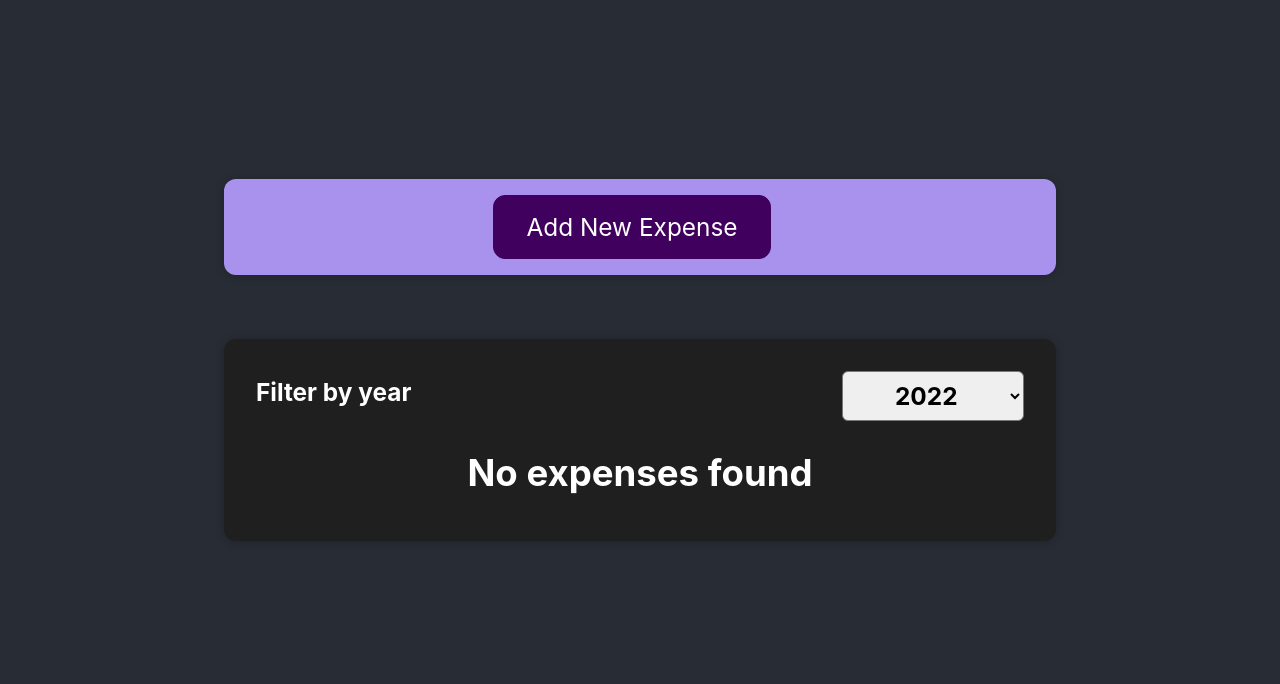
Repository: pakiam/react-demo-1
Page: /
These files come from the project's save history. The page is drawn as it stood at one moment and after a run of saves; the edit follows.
The browser window is 1280 px wide. The pictures show the whole page.
The project was rebuilt for these pictures with package versions that can differ from the ones it lists, and the page was loaded fresh each time. Also part of the build but not shown: src/components/Expenses/ExpenseDate.css, src/components/Expenses/ExpenseDate.js, src/components/Expenses/ExpenseItem.css, src/components/Expenses/ExpenseItem.js, src/components/NewExpense/NewExpenseForm.css, src/components/NewExpense/NewExpenseForm.js.

Above is the page before, as saved 2022-03-08 16:05:58.

After the next 3 saves:
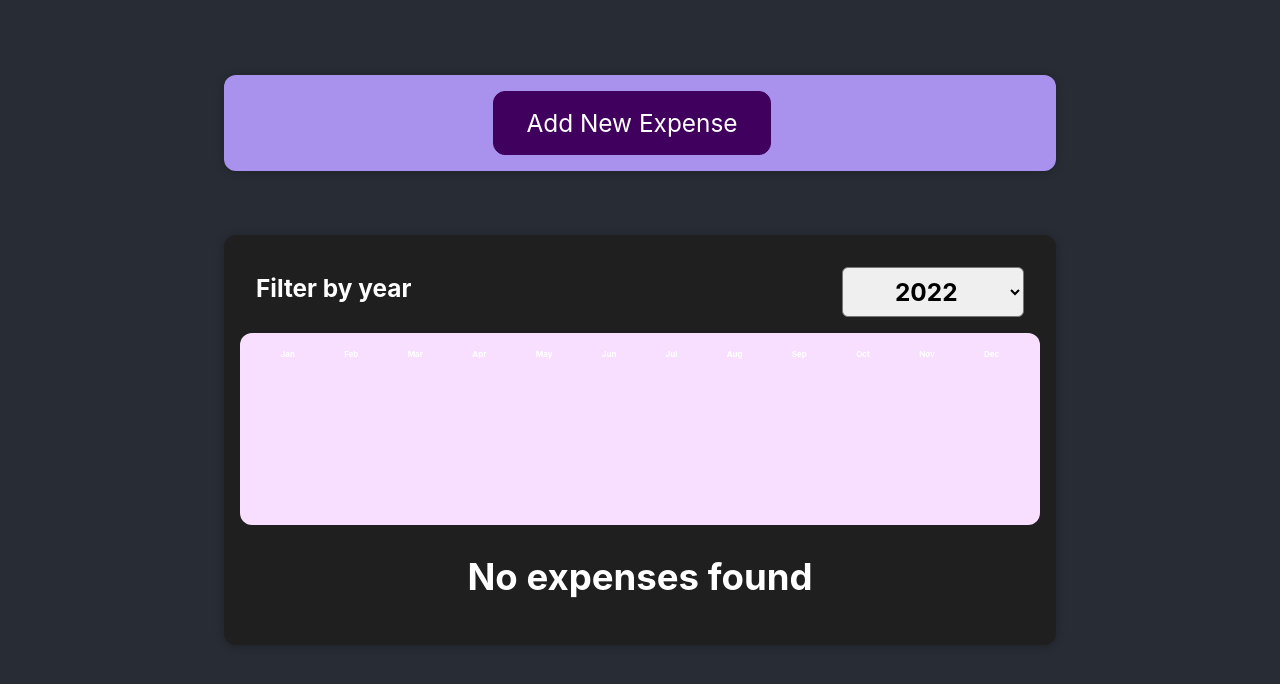
The 3 saves are shown as one change because 2 did not build or start.
The last was saved 92 s later.
--- a/src/components/Expenses/Expenses.js
+++ b/src/components/Expenses/Expenses.js
@@ -4,6 +4,7 @@
 import ExpensesFilter from './ExpensesFilter'
 import Card from '../UI/Card'
 import ExpensesList from './ExpensesList';
+import ExpensesChart from './ExpensesChart';
 
 function Expenses(props) {
   const [filteredYear, setFilteredYear] = useState(new Date().getFullYear().toString())
@@ -27,6 +28,7 @@
   return (
     <Card className="expenses">
       <ExpensesFilter value={filteredYear} onChangeFilter={onChangeFilter}/>
+      <ExpensesChart expenses={filteredExpenses}/>
       <ExpensesList items={filteredExpenses}/>
     </Card>
   )
--- a/src/components/Expenses/ExpensesChart.js
+++ b/src/components/Expenses/ExpensesChart.js
@@ -52,7 +52,7 @@
     },
   ]
 
-  for (const expense in props.expenses) {
+  for (const expense of props.expenses) {
     const expenseMonth = expense.date.getMonth()
     chartDataPoints[expenseMonth].value += expense.amount
   }
--- a/src/components/Chart/ChartBar.js
+++ b/src/components/Chart/ChartBar.js
@@ -10,7 +10,7 @@
   return (
     <div className='chart-bar'>
       <div className='chat-bar__inner'>
-        <div className='chart-bar__fill' style={`height: ${barFillHeight}`}></div>
+        <div className='chart-bar__fill' style={{height: barFillHeight}}></div>
       </div>
       <div className='chart-bar__label'>{props.label}</div>
     </div>
